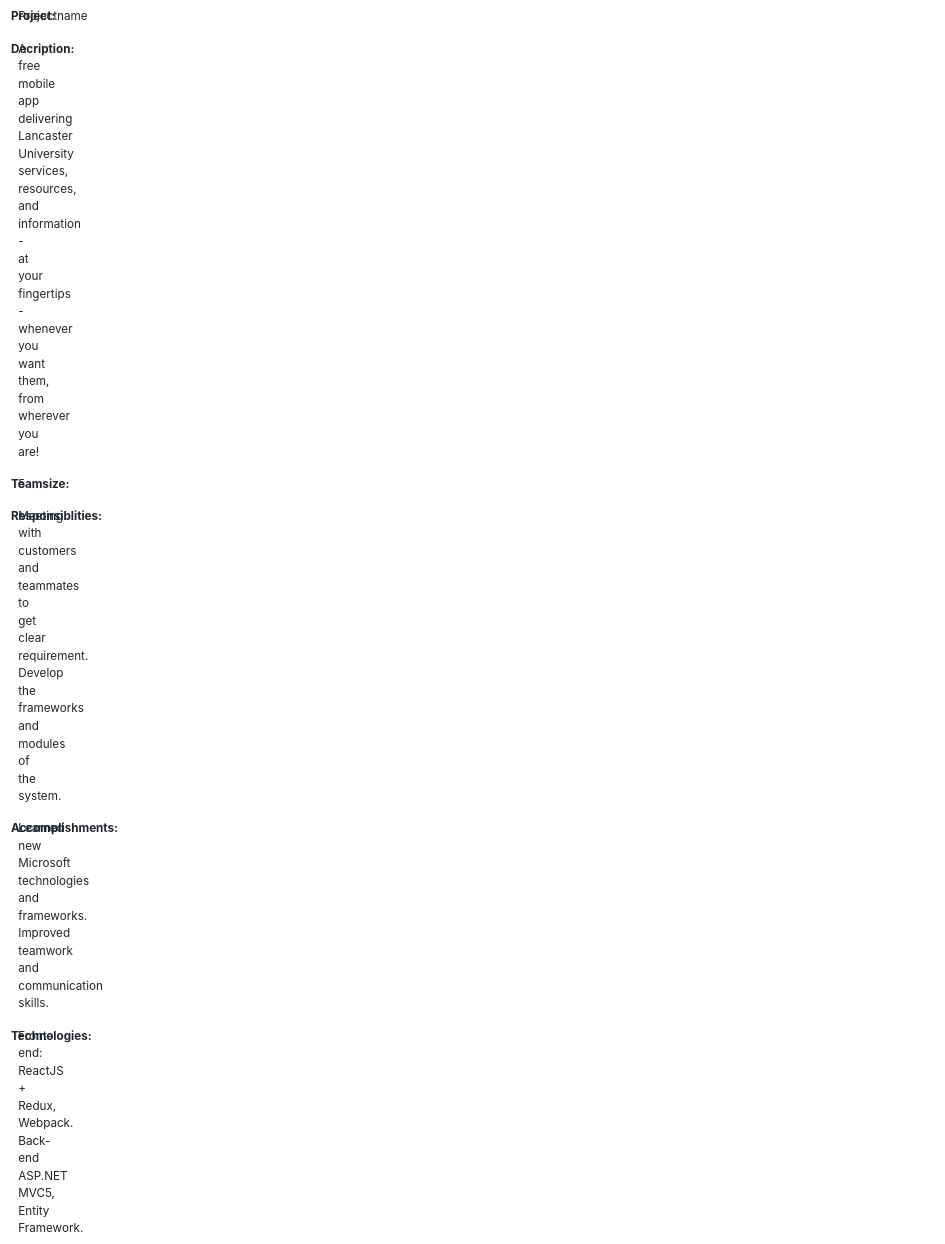
Repository: khoibanh113/mycv
Page: /
An editor plug-in stored every save of this project. The page is shown before and after the next save, followed by the edit.
The browser window is 1280 px wide. The page is 1295 px wide, so the pictures cover 1295 px, including what lies to the right of the window. The pictures show the whole page, at 73% of full size.
The project was rebuilt for these pictures with package versions that can differ from the ones it lists, and the page was loaded fresh each time. Also part of the build but not shown: src/css/avatar.css, src/component/avatar.js, src/component/contact.js, src/component/study.js.

Above is the page before, as saved 2021-03-31 10:26:45.

After the next save:
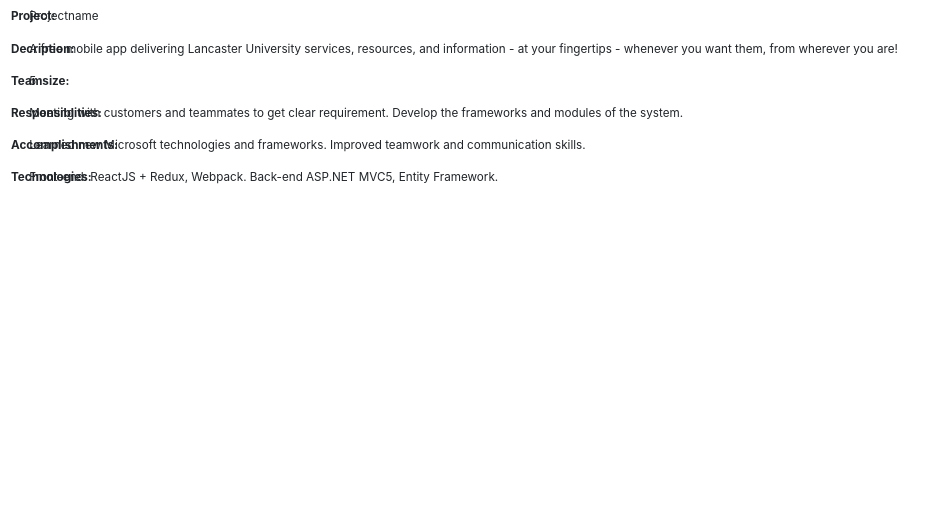
Saved 23 s later.
--- a/src/component/experience.js
+++ b/src/component/experience.js
@@ -10,29 +10,29 @@
 
                 <div className='row'>
                     <b className="col-1">Project:</b>
-                    <span className="col-1">Projectname</span>
+                    <span className="col">Projectname</span>
                 </div>
                 <div className='row'>
                     <b className="col-1">Decription:</b>
-                    <span className="col-1">
+                    <span className="col">
                     A free mobile app delivering Lancaster University services, resources, and information - at your fingertips - whenever you want them, from wherever you are!
                     </span>
                 </div>
                 <div className='row'>
                     <b className="col-1">Teamsize:</b>
-                    <span className="col-1">5</span>
+                    <span className="col">5</span>
                 </div>
                 <div className='row'>
                     <b className="col-1">Responsiblities:</b>
-                    <span className="col-1">Meeting with customers and teammates to get clear requirement. Develop the frameworks and modules of the system.</span>
+                    <span className="col">Meeting with customers and teammates to get clear requirement. Develop the frameworks and modules of the system.</span>
                 </div>
                 <div className='row'>
                     <b className="col-1">Accomplishments:</b>
-                    <span className="col-1">Learned new Microsoft technologies and frameworks. Improved teamwork and communication skills.</span>
+                    <span className="col">Learned new Microsoft technologies and frameworks. Improved teamwork and communication skills.</span>
                 </div>
                 <div className='row'>
                     <b className="col-1">Technologies:</b>
-                    <span className="col-1">Front-end: ReactJS + Redux, Webpack. Back-end ASP.NET MVC5, Entity Framework.</span>
+                    <span className="col">Front-end: ReactJS + Redux, Webpack. Back-end ASP.NET MVC5, Entity Framework.</span>
                 </div>
 
 
